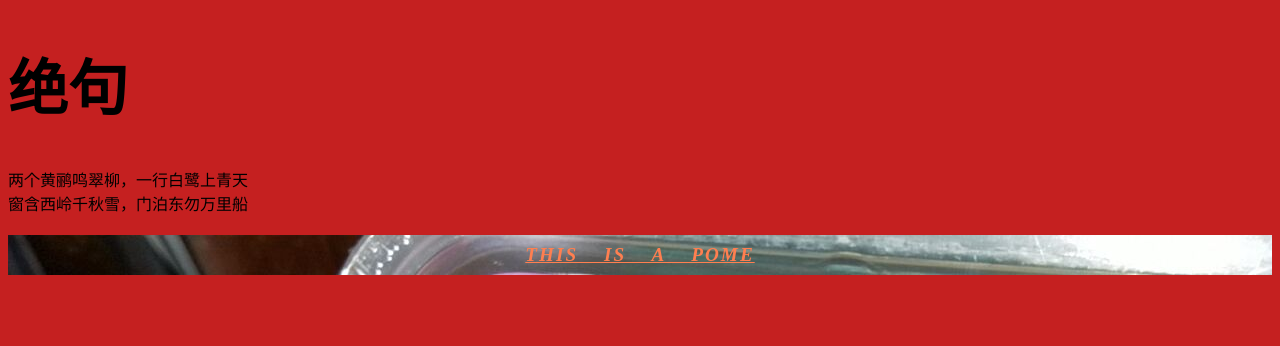
Repository: ljx1197678031/Wed-Design
Page: 01/3.html
The author's editor kept a copy of each file at every save. The page is drawn from the files as they stood at one save, then again after a run of saves.
The browser window is 1280 px wide. The pictures show the whole page.

Above is the page before, as saved 2020-06-01 22:45:40.

### 01/3.html
<!DOCTYPE html>
<html lang="en">
<head>
    <meta charset="UTF-8">
    <meta name="viewport" content="width=device-width, initial-scale=1.0">
    <title>Document</title>
    <style>
        h1{
            font-family: "仿宋";
            font-size: 60px;
        }
        p{
            font-family: "微软雅黑";
            font-size: larger;
            font-style: italic;
            font-weight: bolder;
            color: coral;
            letter-spacing:2px;/*定义字与字之间的距离*/
            word-spacing: 1em;/*定义字与字之间的空格的距离(英文)*/
            text-decoration:underline;
            text-align: center;
            text-transform: uppercase;
            line-height: 40px;
            background-image: url(../img/1.jpg);
        }
        body{
            background-color:rgb(197, 32, 32);
        }
    </style>
</head>
<body>
    <h1>绝句</h1>
    <div id=""
    <p>两个黄鹂鸣翠柳，一行白鹭上青天
    <br/>窗含西岭千秋雪，门泊东勿万里船
    </p>
    <P>this is a pome</P>
</body>
</html>

After the next 6 saves:
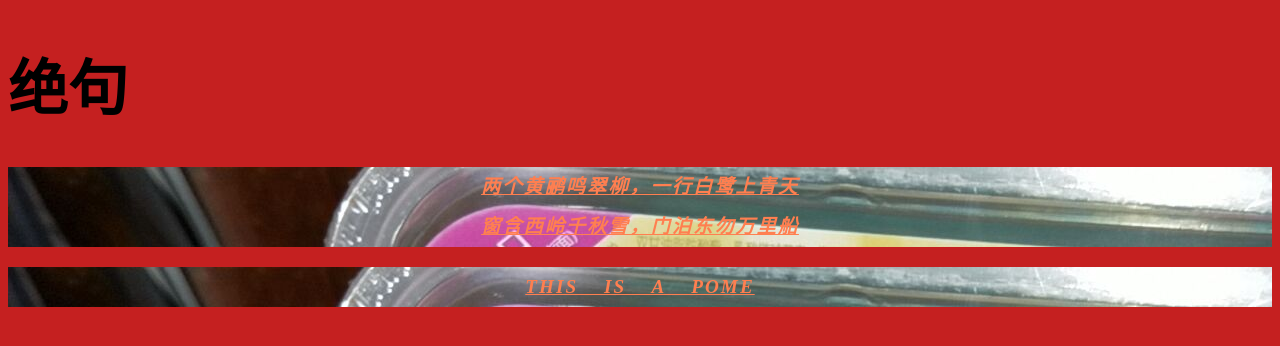
The 6 saves are shown as one change because they came seconds apart.
The last was saved 14 s later.
--- a/01/3.html
+++ b/01/3.html
@@ -30,10 +30,11 @@
 </head>
 <body>
     <h1>绝句</h1>
-    <div id=""
+    <div id="pome">
     <p>两个黄鹂鸣翠柳，一行白鹭上青天
     <br/>窗含西岭千秋雪，门泊东勿万里船
     </p>
     <P>this is a pome</P>
+    </div>
 </body>
 </html>
